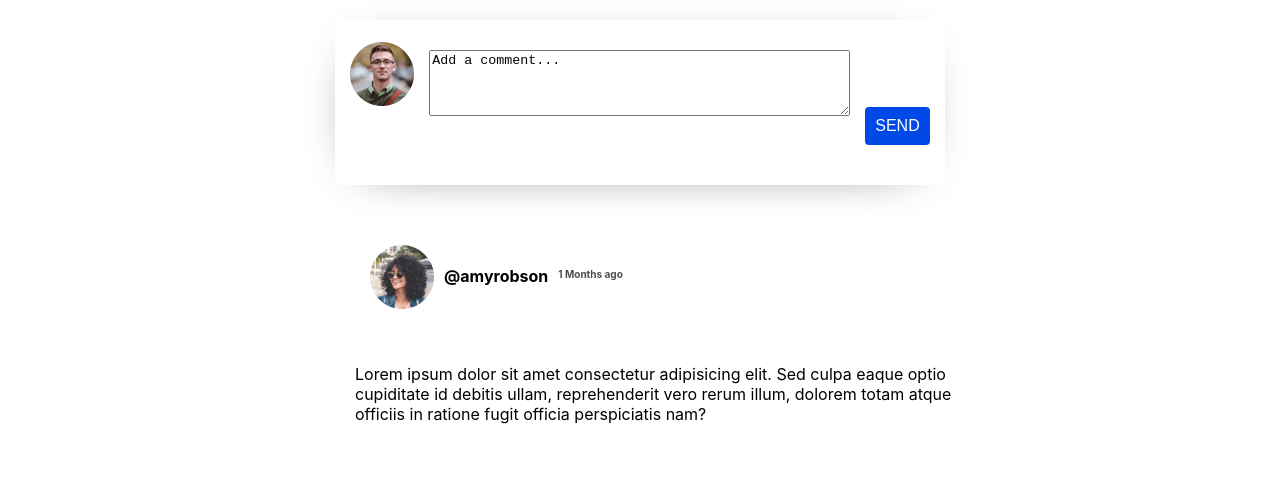
Repository: badhon252/interactive-comments-section
Page: /
These files come from the project's save history. The page is drawn as it stood at one moment and after the next save; the edit follows.
The browser window is 1280 px wide. The pictures show the whole page.
The project was rebuilt for these pictures with package versions that can differ from the ones it lists, and the page was loaded fresh each time.

Above is the page before, as saved 2022-01-27 22:26:30.

After the next save:
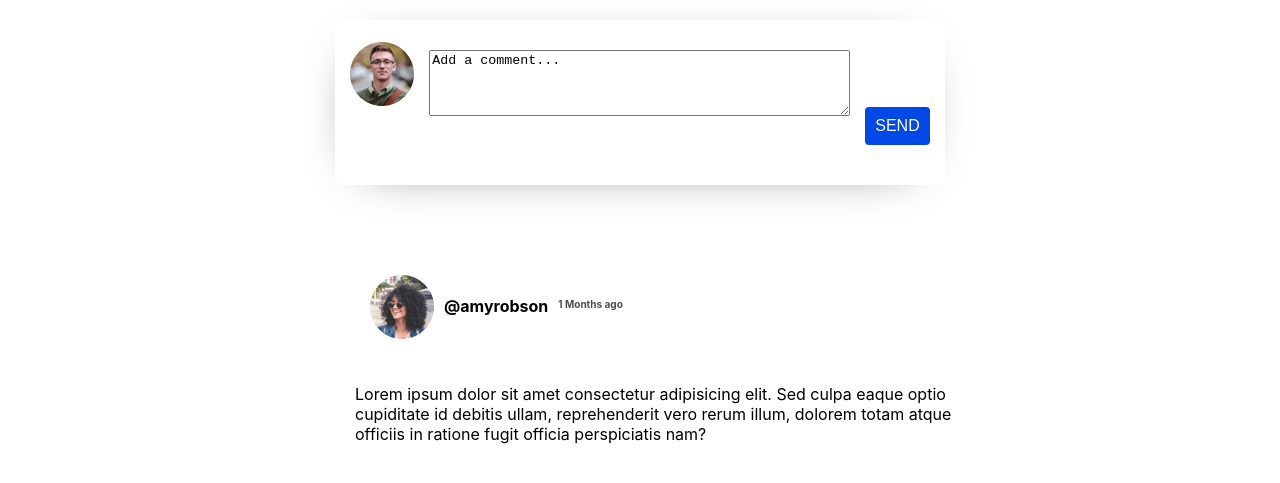
Saved 54 s later.
--- a/src/App.css
+++ b/src/App.css
@@ -45,7 +45,7 @@ textarea {
 .profile-info {
   display: flex;
   justify-content: left;
-  padding: 20px 50px;
+  padding: 50px 0 10px 50px;
 }
 .random-img {
   max-width: 100%;
